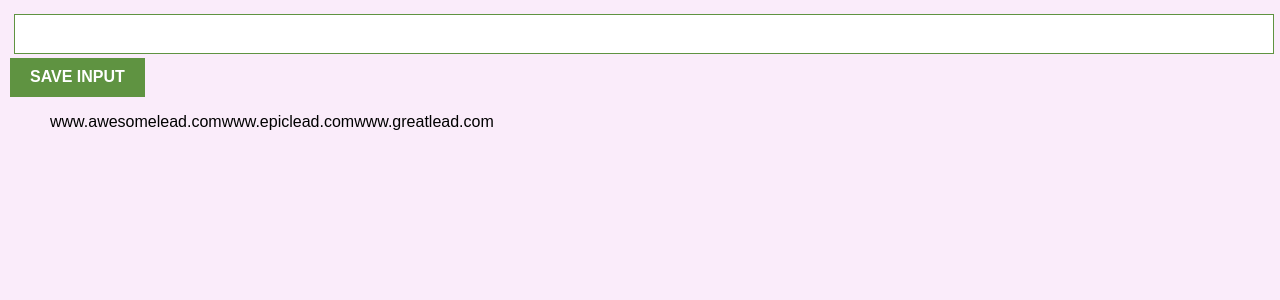
Repository: jt010051/chromeExtension
Page: index.html
These files come from the project's save history. The page is drawn as it stood at one moment and after the next save; the edit follows.
The browser window is 1280 px wide. The pictures show the whole page.

Above is the page before, as saved 2022-02-27 18:13:09.

### index.html
<html>
    <head><link rel="stylesheet" href="https://cdnjs.cloudflare.com/ajax/libs/normalize/8.0.1/normalize.css">
        <link rel="stylesheet" href="index.css">
    </head>
    <body>
        <input type="text" id="input-el">
        <button id="input-btn">SAVE INPUT</button>
        <ul id="ul-el"></ul>
        <script src="index.js"></script>
    </body>
</html>

### index.css
body {
    margin: 0;
    padding: 10px;
    font-family: Arial, Helvetica, sans-serif;
background-color: rgb(250, 236, 250);}




input {
    width: 100%;
   padding: 10px;

    box-sizing: border-box;
    border: 1px solid #5f9341;

    margin: 4px;
}

button {
   background: #5f9341;
   color: white;
padding:10px 20px;

    font-weight: bold;
    border: none;

}

### index.js

let myLeads=["www.awesomelead.com", "www.epiclead.com", "www.greatlead.com"]
const inputEl=document.getElementById("input-el")
const inputBtn = document.getElementById("input-btn")

const ulEl = document.getElementById("ul-el")

console.log(ulEl)
inputBtn.addEventListener("click", function(){
myLeads.push(inputEl.value)
console.log(myLeads)
})

for(let i = 0; i<myLeads.length; i++){
ulEl.textContent += myLeads[i]

}

After the next save:
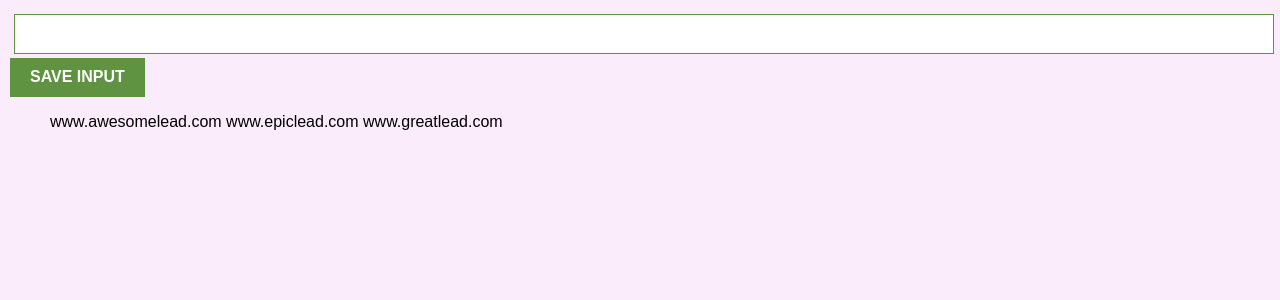
Saved 15 s later.
--- a/index.js
+++ b/index.js
@@ -12,6 +12,6 @@ console.log(myLeads)
 })
 
 for(let i = 0; i<myLeads.length; i++){
-ulEl.textContent += myLeads[i]
+ulEl.textContent += myLeads[i] +" "
 
 }
